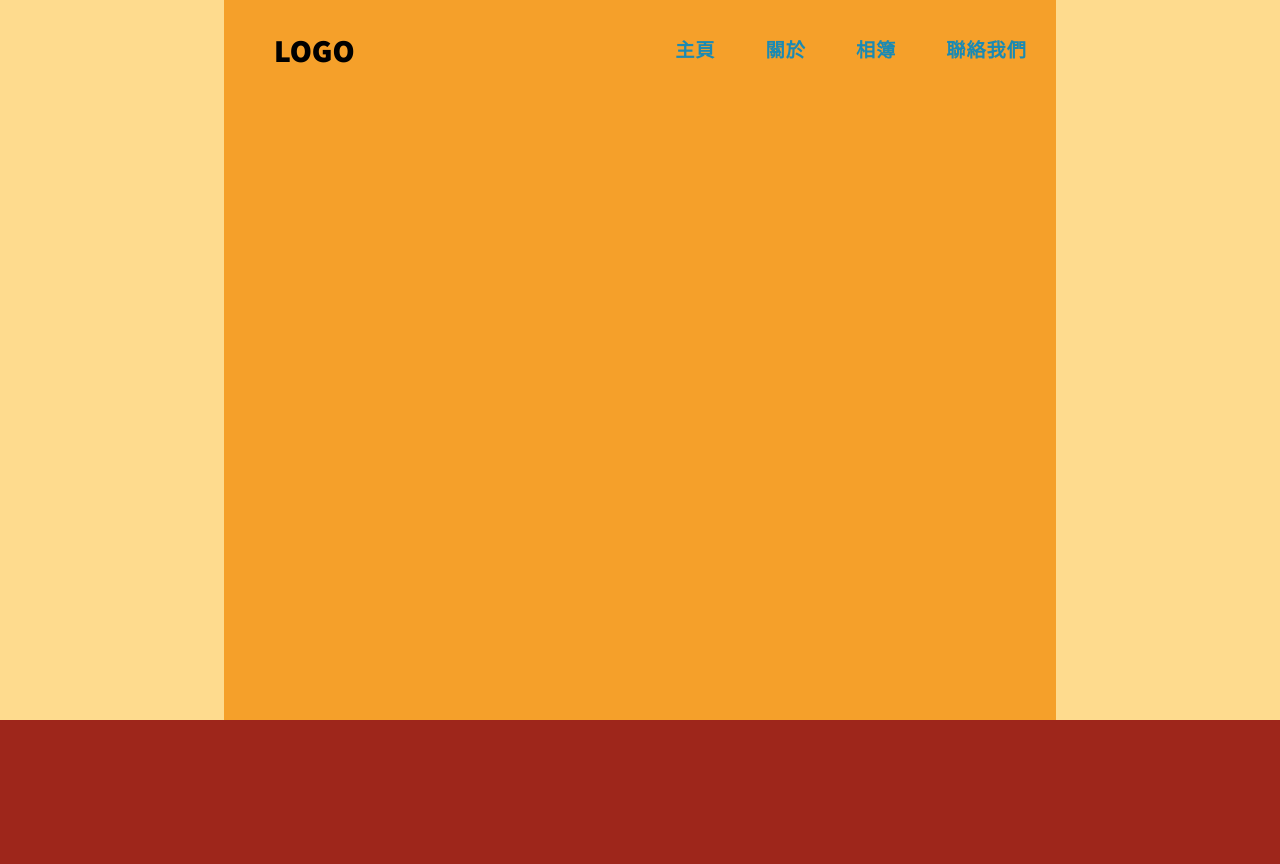
Repository: KevinYu0515/guanghui-food-website
Page: /
These files come from the project's save history. The page is drawn as it stood at one moment and after the next save; the edit follows.
The browser window is 1280 px wide. The pictures show the whole page.
The project was rebuilt for these pictures with package versions that can differ from the ones it lists, and the page was loaded fresh each time. Also part of the build but not shown: vue.config.js.

Above is the page before, as saved 2022-03-17 15:06:37.

After the next save:
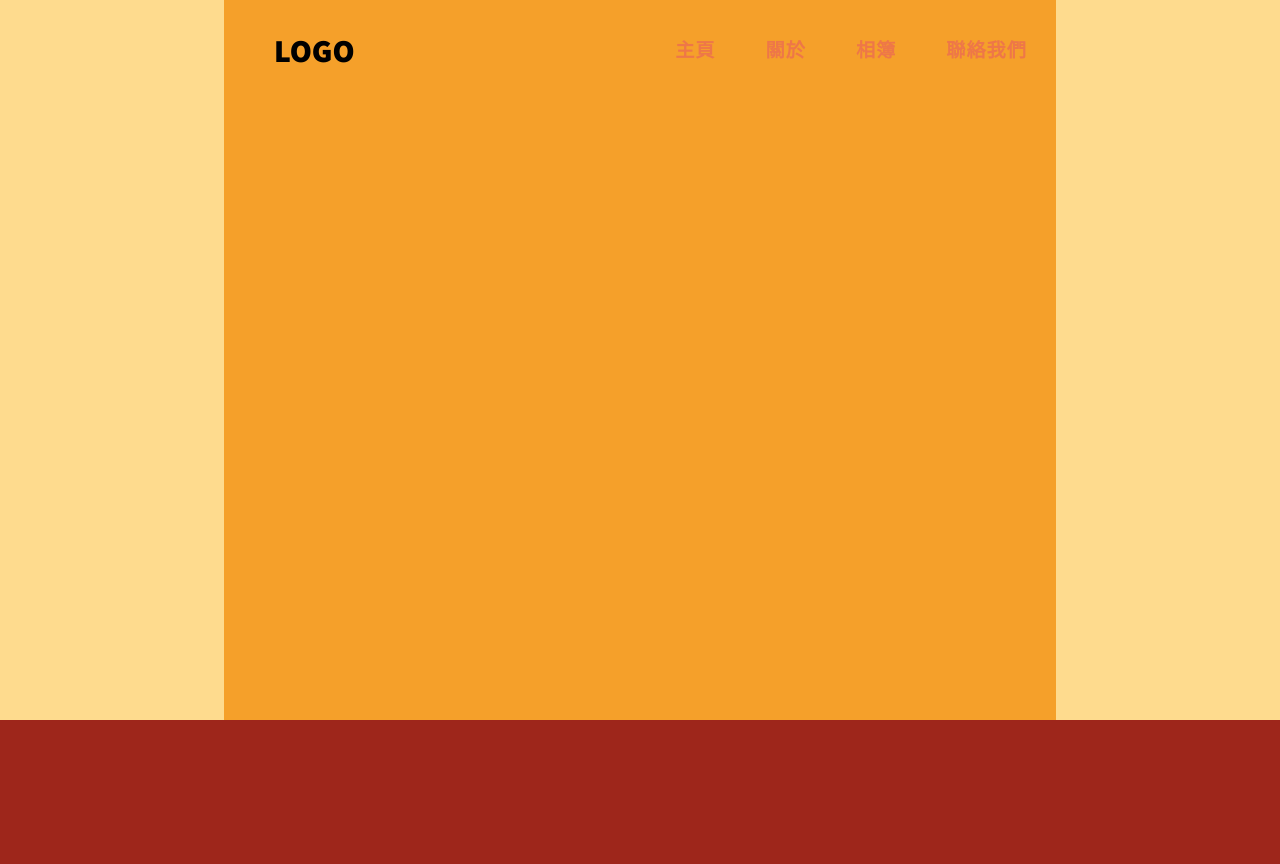
Saved 22 s later.
--- a/src/assets/scss/navbar.scss
+++ b/src/assets/scss/navbar.scss
@@ -27,7 +27,7 @@
         margin-left: 20px;
         background: none;
         a{
-            color:rgb(27, 138, 179);
+            color:#ee7748;
             background: none;
             height:50px;
             line-height: 50px;
